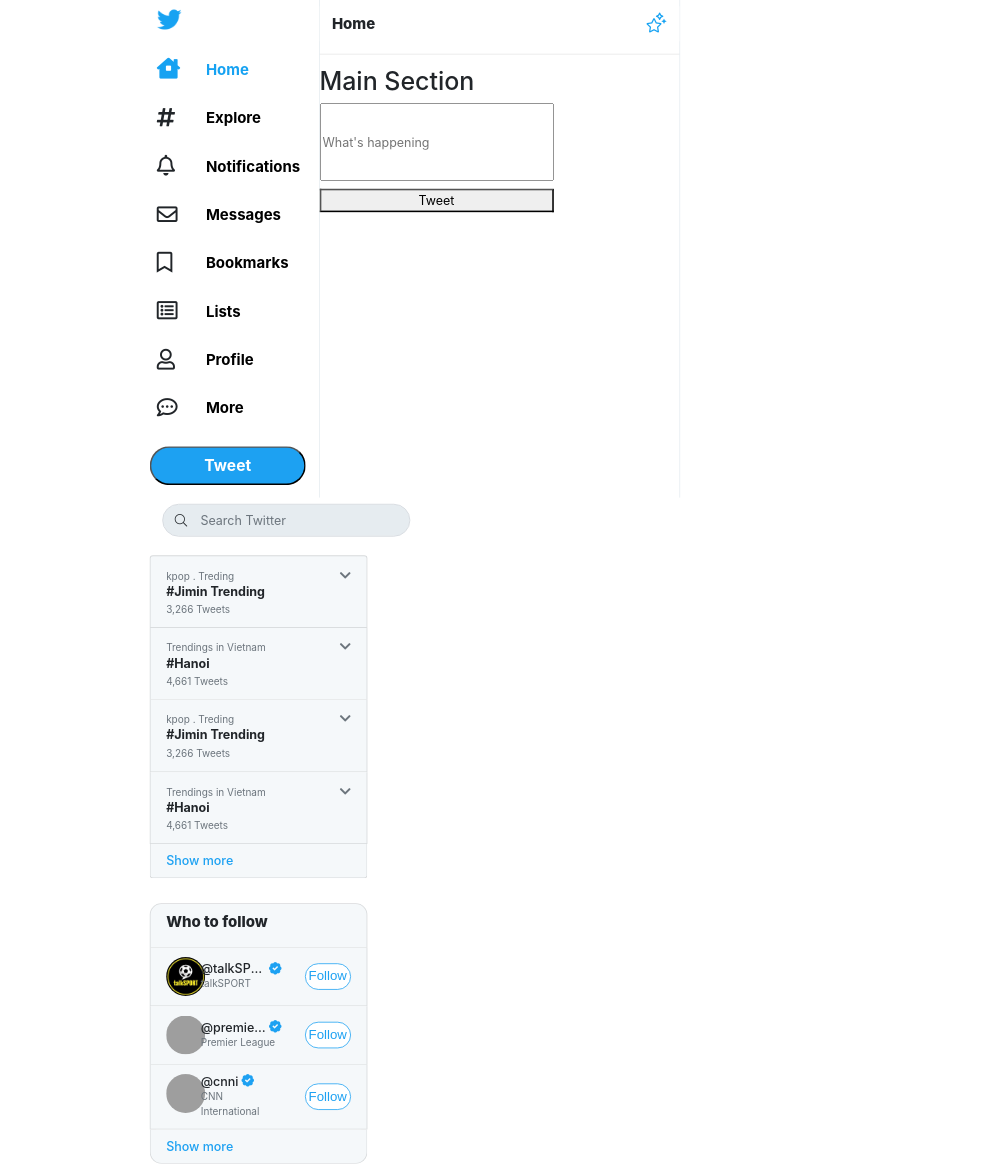
Repository: tts2610/Twitter-clone
Page: index.html
These files come from the project's save history. The page is drawn as it stood at one moment and after the next save; the edit follows.
The browser window is 1280 px wide. The pictures show the whole page, at 78% of full size.
Pictures or frames that could not be fetched are drawn as grey boxes.

Above is the page before, as saved 2020-05-23 15:11:50.

After the next save:
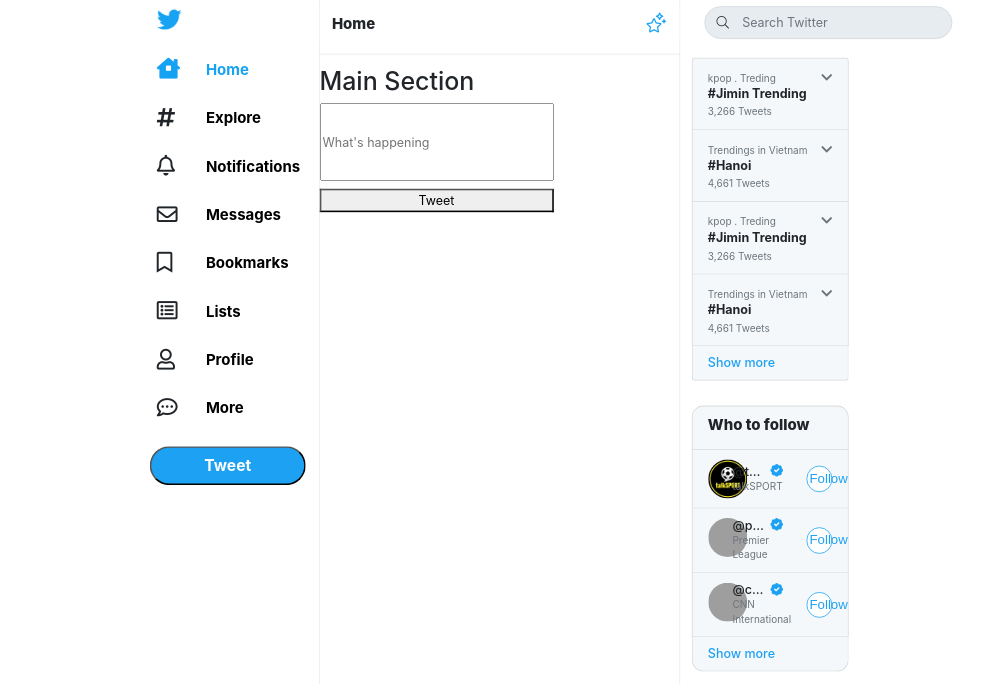
Saved 4 s later.
--- a/index.html
+++ b/index.html
@@ -106,7 +106,7 @@
                 </div>
             </div>
 
-            <div class="col-4">
+            <div class="col-3">
                 <nav class="navbar sticky-top navbar-light" id="rightNav">
                     <span style="position: absolute;z-index: 100;"><i class="fal fa-search ml-3"></i></span>
                     <div><input class="form-control mr-sm-2 pl-5" type="search" placeholder="Search Twitter" aria-label="Search" id="search"></div>
